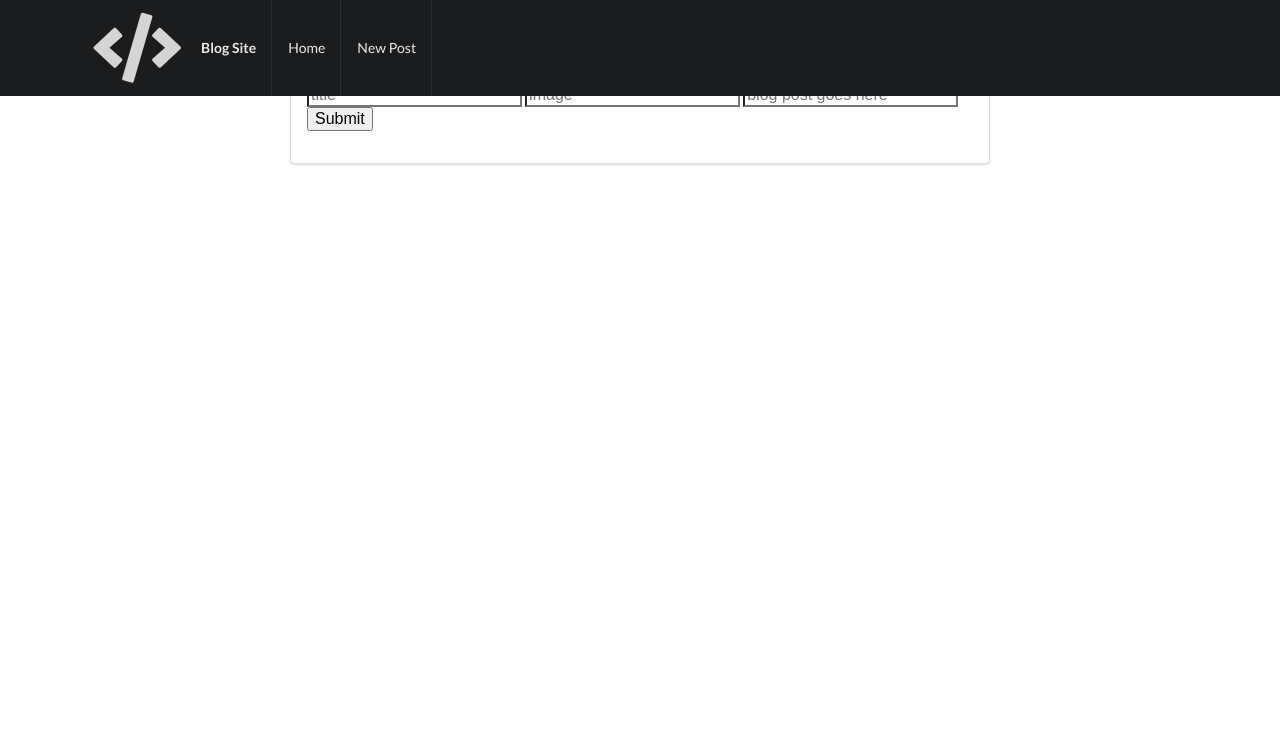
Repository: Nafeek30/WebProjects
Page: http://localhost/blogs/new
The author's editor kept a record of every edit. The page is drawn from the files as they stood at one moment, then again after the next edit.
The browser window is 1280 px wide. The pictures show the whole page.
The page is served by the project's Node server (RESTfulBlogApp/app.js).

Above is the page before.

After the next edit:
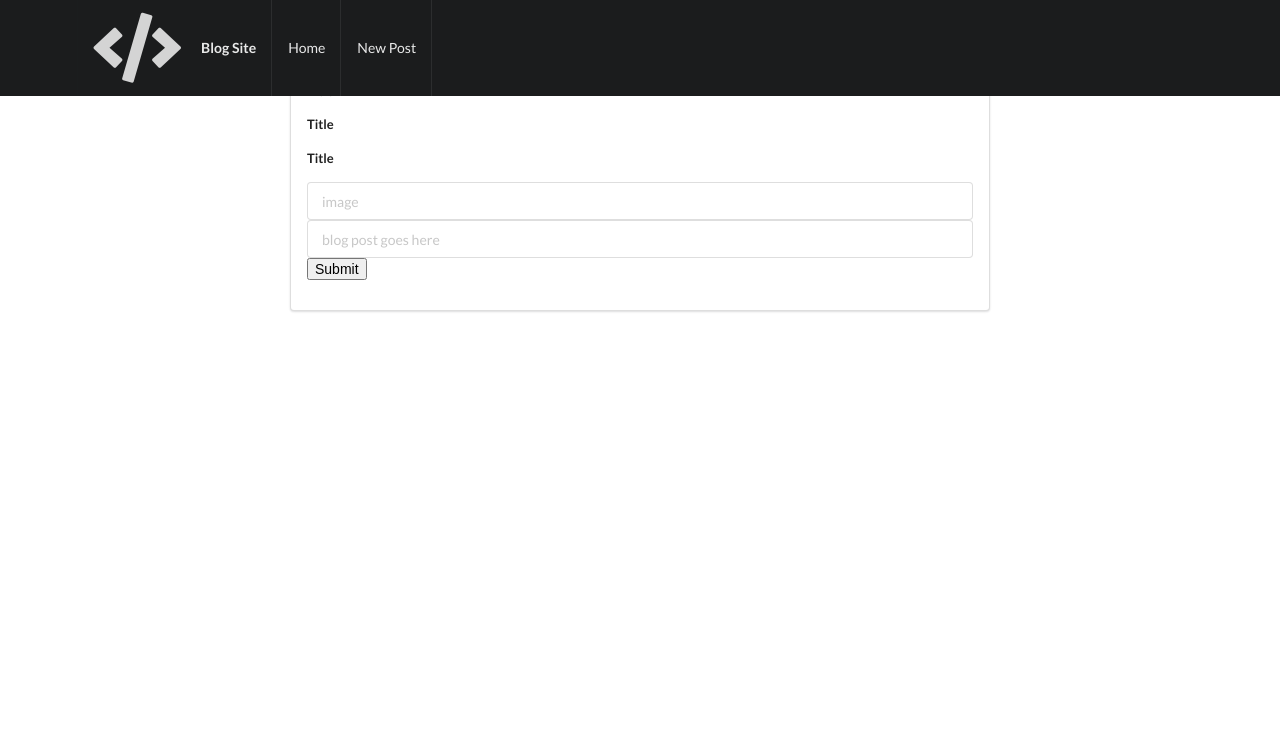
The edit:
--- a/Cloud 9 projects/RESTfulBlogApp/views/new.ejs
+++ b/Cloud 9 projects/RESTfulBlogApp/views/new.ejs
@@ -3,8 +3,16 @@
 <% include ./partials/header %>
 <div class="ui main text container segment">
     <div class="ui huge header">New Blog</div>
-    <form action="/blogs" method="POST">
-        <input type="text" name="blog[title]" placeholder="title">
+    <form class="ui form" action="/blogs" method="POST">
+        <div class="field">
+            <label>Title</label>
+        </div>
+        <div class="field">
+            <label>Title</label>
+        </div>
+        <div class="field">
+            <label>Title</label>
+        </div>
         <input type="text" name="blog[image]" placeholder="image">
         <input type="text" name="blog[body]" placeholder="blog post goes here">
         <input type="submit">
